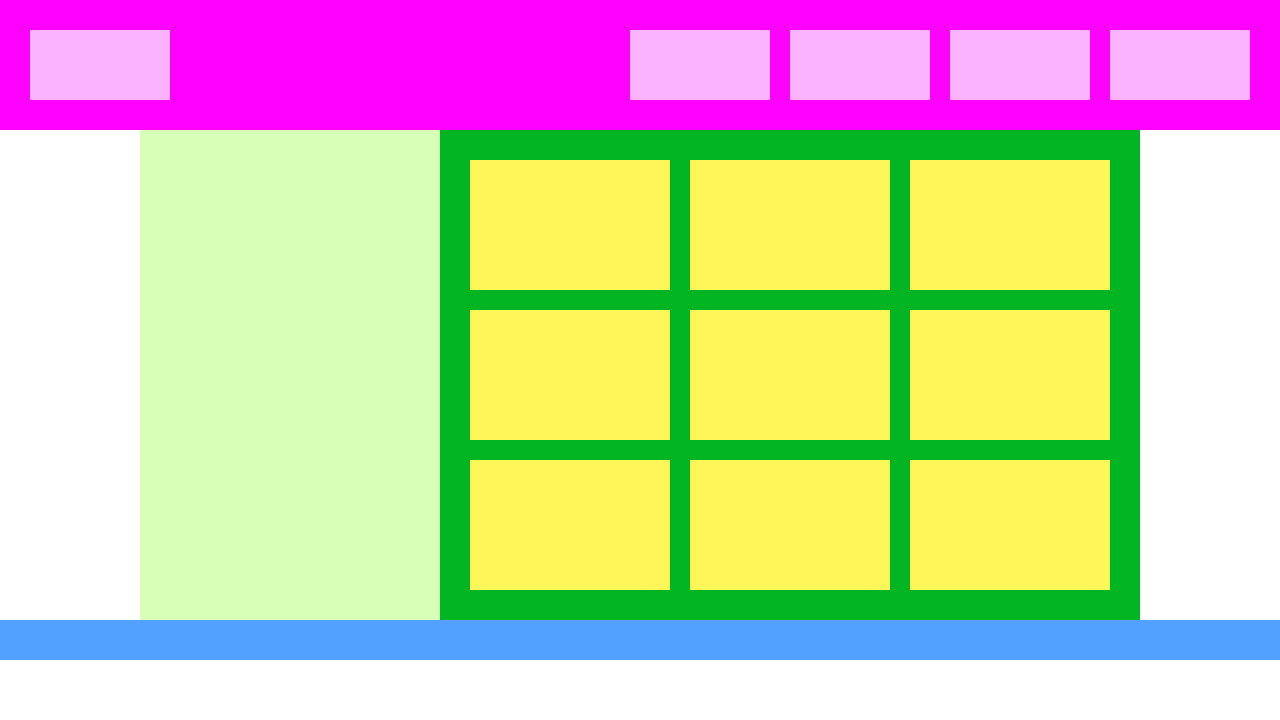
Repository: ego-boosting/html-practice1
Page: flexbox_1/flex.html
The author's editor kept a record of every edit. The page is drawn from the files as they stood at one moment, then again after the next edit.
The browser window is 1280 px wide. The pictures show the whole page.

Above is the page before.

After the next edit:
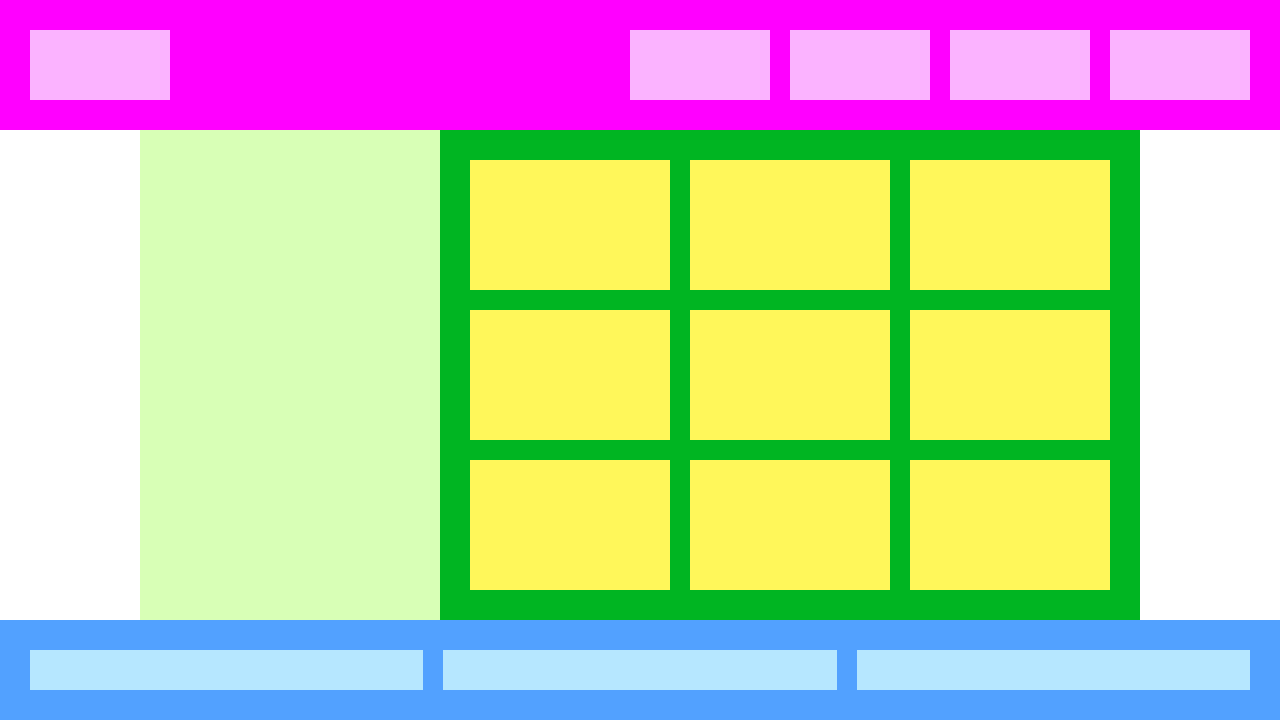
The edit:
--- a/flexbox_1/style.css
+++ b/flexbox_1/style.css
@@ -59,3 +59,11 @@
 
   justify-content: center;
 }
+
+.footer > div{
+  background-color: #b6e7ff;
+  flex-basis:45%;
+  max-width:600px;
+  height:40px;
+  margin:10px;
+}
